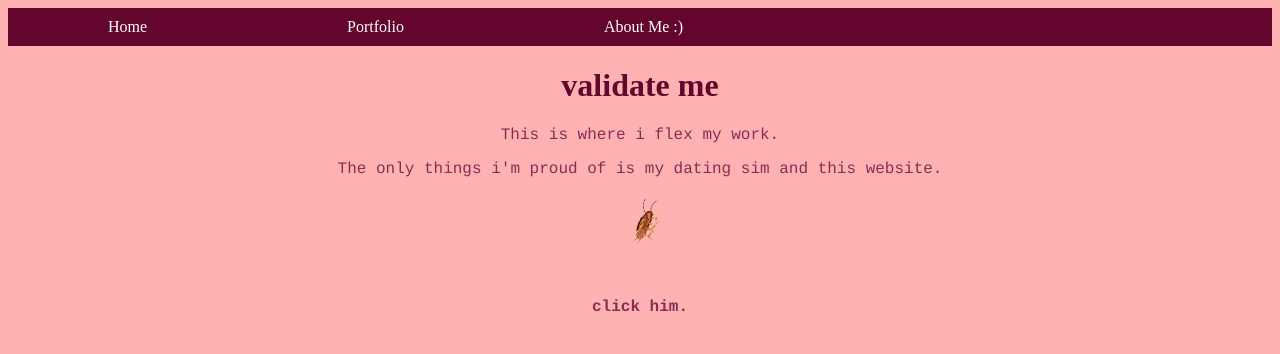
Repository: ycano1934/ycano1934.github.io
Page: my_website/portfolio.html
The author's editor kept a record of every edit. The page is drawn from the files as they stood at one moment, then again after the next edit.
The browser window is 1280 px wide. The pictures show the whole page.

Above is the page before.

After the next edit:
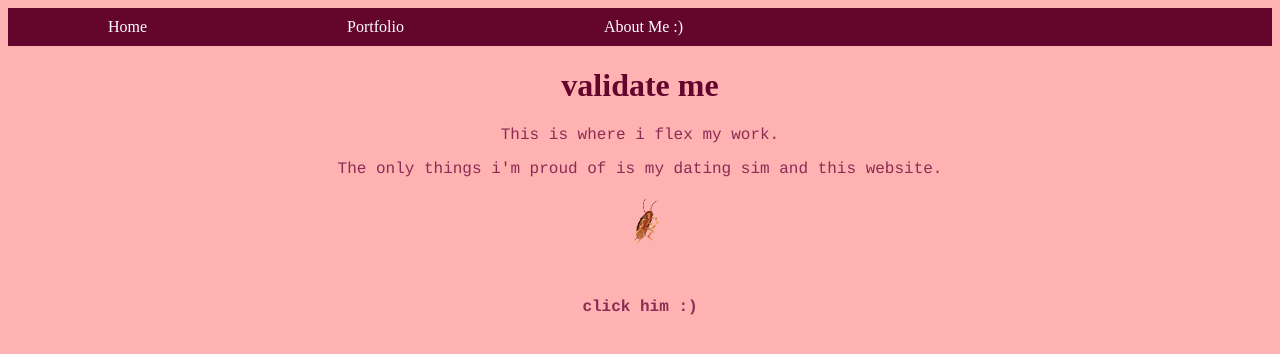
The edit:
--- a/my_website/portfolio.html
+++ b/my_website/portfolio.html
@@ -74,7 +74,7 @@
         <a href="https://scratch.mit.edu/projects/324069808/" target=_blank>
             <img src="images/roach.gif" height="70" width="70" ><br>
         </a>
-        <p id="paragraphlook" style="text-align:center;"><strong>click him.</strong></p>
+        <p id="paragraphlook" style="text-align:center;"><strong>click him :)</strong></p>
 	 </body>
 
 
